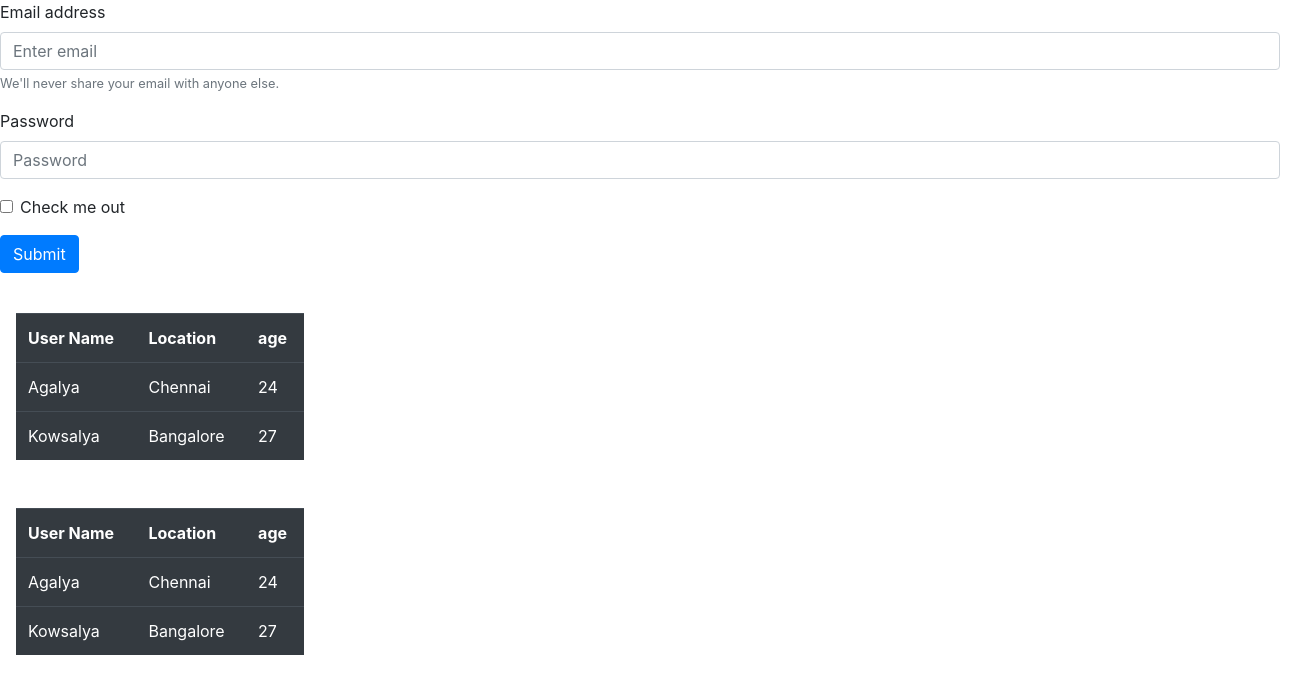
Repository: rajeshkannane/java1
Page: Form/public/index.html
The author's editor kept a copy of each file at every save. The page is drawn from the files as they stood at one save, then again after the next save.
The browser window is 1280 px wide. The page is 1280 px wide, then 1295 px, so the pictures cover 1295 px, including what lies to the right of the window. The pictures show the whole page.

Above is the page before, as saved 2022-11-14 16:48:01.

After the next save:
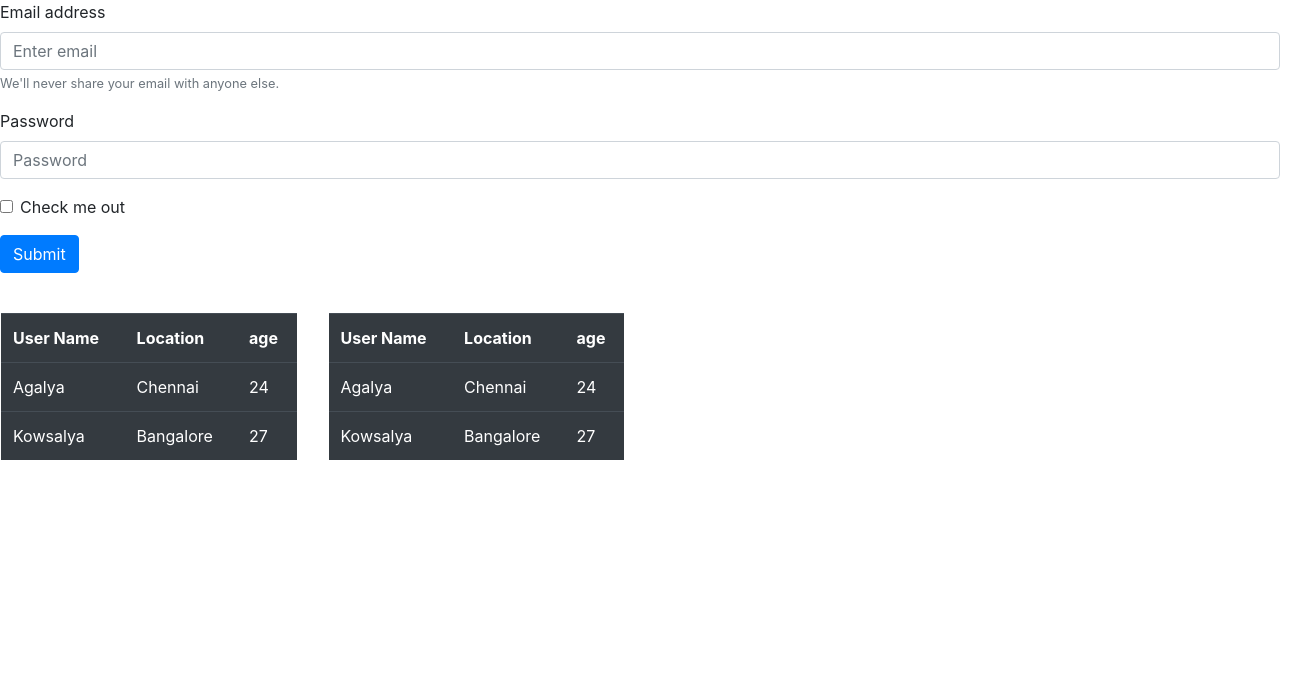
Saved 84 s later.
--- a/Form/public/index.html
+++ b/Form/public/index.html
@@ -25,6 +25,7 @@
   <button type="submit" class="btn btn-primary">Submit</button>
 </form>
 <br>
+<div class="row">
 <div class="col-sm-3 p-3" >
 <table class="table table-dark" style="text-align:1%">
   <tr>
@@ -63,5 +64,6 @@
   </tr>
     </table>
     </div>
+    </div>
 </body>
 </html>
